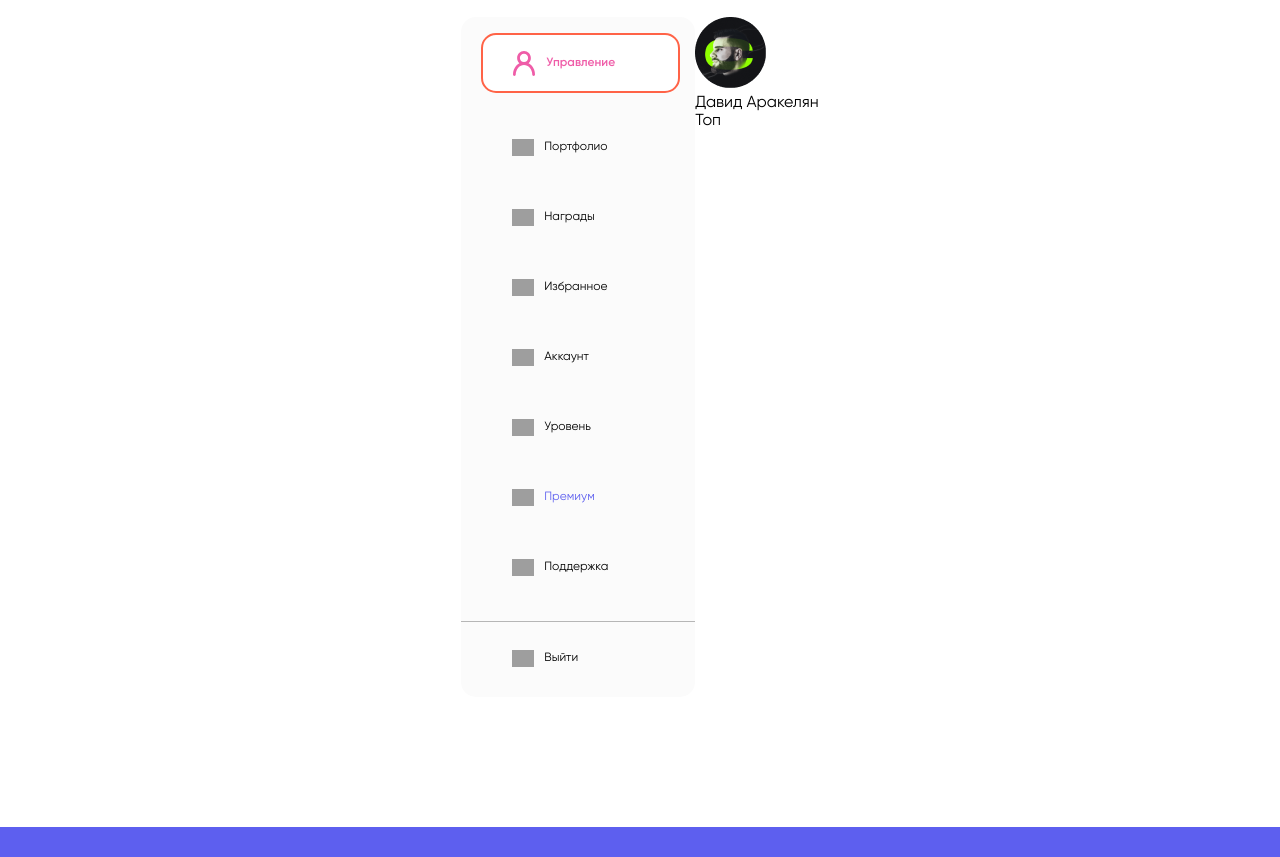
Repository: alexboagreek/selfmade
Page: index.html
These files come from the project's save history. The page is drawn as it stood at one moment and after a run of saves; the edit follows.
The browser window is 1280 px wide. The pictures show the part of the page from y = 353 to 1210 px (the page is 1719 px tall).
Pictures or frames that could not be fetched are drawn as grey boxes. A picture or video elsewhere on the page could not be fetched, so the positions and the page height are approximate.

Above is the page before, as saved 2022-12-13 12:12:10.

### index.html
<!DOCTYPE html>
<html lang="ru">
<head>
    <meta charset="UTF-8">
    <meta http-equiv="X-UA-Compatible" content="IE=edge">
    <meta name="viewport" content="width=device-width, initial-scale=1.0">
    <link rel="stylesheet" href="css/style.css">
    <link rel="icon" type="image/png" sizes="64x64" href="assets/icons/favicon.png">
    <link rel="icon" type="image/png" sizes="48x48" href="assets/icons/favicon_48.png">
    <title>Selfmade</title>
</head>
<body>
    <header class="header">
        <div class="header__container">
            <h1 class="visually-hidden">Selfmade...</h1>
            <div class="header__box">
                <div class="header__logo">
                    <a href="/"><img src="./assets/icons/header_logo.svg" alt="Логотип Selfmade"></a>
                </div>
                <div class="header__login">
                    <div class="header__alarm">
                        <img class="header__alarm_icon" src="assets/icons/bell.svg" alt="authorization bell">
                    </div>
                    <p class="user__name">Аракелян Д.</p>
                    <div class="user__login">
                        <img src="assets/icons/user_icon.svg" alt="user icon">
                    </div>
                </div>

            </div>

        </div>
    </header>

    <main class="main main__container">
        <div class="sidebar">
            <ul class="menu__list">
                <li class="menu__list_item menu__list_item_fix">
                    <button class="menu__list_button menu__button_control control__text">Управление</button>
                </li>
                <li class="menu__list_item list_item_fix">
                    <button class="menu__list_button menu__button_portfolio">Портфолио</button>
                </li>
                <li class="menu__list_item list_item_fix">
                    <button class="menu__list_button menu__button_star">Награды</button>
                </li>
                <li class="menu__list_item list_item_fix">
                    <button class="menu__list_button menu__button_like">Избранное</button>
                </li>
                <li class="menu__list_item list_item_fix">
                    <button class="menu__list_button menu__button_settings">Аккаунт</button>
                </li>
                <li class="menu__list_item list_item_fix">
                    <button class="menu__list_button menu__button_level">Уровень</button>
                </li>
                <li class="menu__list_item list_item_fix">
                    <button class="menu__list_button menu__button_premium menu__button_active">Премиум</button>
                </li>
                <li class="menu__list_item item__border list_item_fix">
                    <button class="menu__list_button menu__button_helper">Поддержка</button>
                </li>
                <li class="menu__list_item list_item_fix menu__line">
                    <button class="menu__list_button menu__button_exit">Выйти</button>
                </li>
            </ul>
        </div>
        <div class="content">
            <section class="interface">
                <div class="interface__box">
                    <img src="assets/img/interface.png" alt="Логотип интерфейса юзера | user interface logo" class="interface__img">
                    <p class="interface__text">Давид Аракелян</p>
                    <div class="interface__rating">Топ</div>
                </div>
            </section>
        </div>
    </main>

  <footer class="footer">
    <div class="footer__container">
        <div class="footer__box">
            <img src="./assets/icons/footer_logo.svg" alt="Логотип Selfmade">
            <div class="footer__social">
                <ul class="footer__social_list">
                    <li class="footer__social_list_item">
                        <svg width="15" height="14" viewbox="0 0 15 14" fill="none" xmlns="http://www.w3.org/2000/svg">
                            <path d="M0.911243 6.87875L4.18677 8.10128L5.45459 12.1786C5.53572 12.4397 5.85504 12.5363 6.067 12.363L7.89283 10.8745C8.08421 10.7186 8.35682 10.7108 8.55683 10.856L11.85 13.2469C12.0767 13.4117 12.3979 13.2875 12.4548 13.0135L14.8672 1.40935C14.9293 1.11007 14.6352 0.860402 14.3502 0.970619L0.907405 6.15646C0.575664 6.2844 0.578554 6.75408 0.911243 6.87875ZM5.25027 7.4505L11.6519 3.50775C11.7669 3.43709 11.8853 3.59266 11.7865 3.6843L6.50332 8.59526C6.31761 8.76813 6.19783 8.99946 6.1639 9.25055L5.98393 10.5842C5.9601 10.7623 5.70995 10.78 5.66081 10.6077L4.96866 8.17563C4.88939 7.89823 5.00491 7.60194 5.25027 7.4505Z" fill="#5D5FEF"/>
                        </svg>
                    </li>
                    <li class="footer__social_list_item">
                        <svg width="15" height="15" viewbox="0 0 15 15" fill="none" xmlns="http://www.w3.org/2000/svg">
                            <path fill-rule="evenodd" clip-rule="evenodd" d="M4.90509 0.6828C2.54568 0.6828 0.632996 2.59548 0.632996 4.9549V10.295C0.632996 12.6544 2.54568 14.5671 4.90509 14.5671H10.2452C12.6046 14.5671 14.5173 12.6544 14.5173 10.295V4.9549C14.5173 2.59548 12.6046 0.6828 10.2452 0.6828H4.90509ZM7.57515 3.88687C5.51067 3.88687 3.83707 5.56047 3.83707 7.62496C3.83707 9.68944 5.51067 11.363 7.57515 11.363C9.63964 11.363 11.3132 9.68944 11.3132 7.62496C11.3132 5.56047 9.63964 3.88687 7.57515 3.88687ZM11.5421 4.64975C12.0898 4.64975 12.5338 4.20573 12.5338 3.65801C12.5338 3.11029 12.0898 2.66627 11.5421 2.66627C10.9944 2.66627 10.5504 3.11029 10.5504 3.65801C10.5504 4.20573 10.9944 4.64975 11.5421 4.64975Z" fill="#5D5FEF"/>
                        </svg>
                    </li>
                    <li class="footer__social_list_item">
                        <svg width="16" height="9" viewbox="0 0 16 9" fill="none" xmlns="http://www.w3.org/2000/svg">
                            <path d="M12.9479 4.91454C12.7006 4.61918 12.7714 4.48778 12.9479 4.22376C12.9511 4.22075 14.9925 1.55289 15.2028 0.648132L15.2041 0.647529C15.3086 0.317814 15.2041 0.0755005 14.6987 0.0755005H13.0263C12.6006 0.0755005 12.4043 0.283456 12.2991 0.516125C12.2991 0.516125 11.4477 2.44378 10.2431 3.69332C9.85434 4.05438 9.67462 4.17012 9.46239 4.17012C9.35787 4.17012 9.19535 4.05438 9.19535 3.72467V0.647529C9.19535 0.252112 9.07617 0.0755005 8.72373 0.0755005H6.09412C5.82709 0.0755005 5.66839 0.259948 5.66839 0.431737C5.66839 0.80666 6.27066 0.892856 6.33312 1.9477V4.23642C6.33312 4.73792 6.23689 4.83015 6.02338 4.83015C5.45489 4.83015 4.07508 2.89465 3.25739 0.679476C3.09232 0.249701 2.93108 0.0761032 2.50216 0.0761032H0.829178C0.351821 0.0761032 0.255585 0.284059 0.255585 0.516728C0.255585 0.927817 0.824079 2.97181 2.89921 5.67222C4.28221 7.51549 6.22988 8.51428 8.00164 8.51428C9.06661 8.51428 9.19663 8.29246 9.19663 7.91091C9.19663 6.14961 9.10039 5.98325 9.63383 5.98325C9.88111 5.98325 10.3068 6.09898 11.3011 6.98806C12.4374 8.04231 12.6242 8.51428 13.2602 8.51428H14.9326C15.4093 8.51428 15.6508 8.29246 15.5119 7.85485C15.1939 6.93442 13.0448 5.04112 12.9479 4.91454V4.91454Z" fill="#5D5FEF"/>
                        </svg>
                    </li>
                    <li class="footer__social_list_item">
                        <svg width="7" height="14" viewbox="0 0 7 14" fill="none" xmlns="http://www.w3.org/2000/svg">
                            <path d="M5.1126 2.93661H6.8285V0.446777H4.81141V0.455757C2.36736 0.540786 1.86645 1.89031 1.8223 3.30771H1.81727V4.55101H0.153015V6.9893H1.81727V13.5253H4.3254V6.9893H6.37996L6.77685 4.55101H4.32622V3.79984C4.32622 3.32082 4.65072 2.93661 5.1126 2.93661Z" fill="#5D5FEF"/>
                        </svg>
                    </li>
                </ul>
            </div>
        </div>
        <div class="footer__services">
            <ul class="services__list">
                <li class="services__list_item">Как работает сервис?</li>
                <li class="services__list_item">Советы от SELFMADE</li>
                <li class="services__list_item">Пользовательское соглашение</li>
                <li class="services__list_item">Почему SELFMADE</li>
                <li class="services__list_item">Помощь и поддержка</li>
            </ul>
        </div>
    </div>
    <div class="footer__copyright">
        <ul class="footer__copyright_list">
            <li class="footer__copyright_list_item footer__copy_text">© SELFMADE.TEAM 2022</li>
            <li class="footer__copyright_list_item footer__copy_text-info">ИНН 431207720494 / ОГРНИП 320508100324371</li>
            <li class="footer__copyright_list_item">
                <a class="footer__copyright_link" href="#">Политика конфиденциальности</a>
            </li>
        </ul>
    </div>

  </footer>
</body>
</html>

### css/style.css
@import 'normalize.css';
@import 'fonts.css';
@import 'default.css';
@import 'header.css';
@import 'sidebar.css';
@import 'interface.css';
@import 'footer.css';

### css/fonts.css
@font-face {
    font-family: Gilroy;
    src: url(../assets/fonts/Gilroy-Regular.woff2) format('woff2'),
    url(../assets/fonts/Gilroy-Regular.woff) format('woff');
    font-weight: 400;
}

@font-face {
    font-family: Gilroy;
    src: url(../assets/fonts/Gilroy-Semibold.woff2) format('woff2'),
    url(../assets/fonts/Gilroy-Semibold.woff) format('woff');
    font-weight: 500;
}

@font-face {
    font-family: Gilroy;
    src: url(../assets/fonts/Gilroy-Bold.woff2) format('woff2'),
    url(../assets/fonts/Gilroy-Bold.woff) format('woff');
    font-weight: 600;
}

### css/default.css
:root {
    --color-control-text:#EF5DA8;
    --color-menu: #F0F0F0;
    --color-menu-active: #5D5FEF;
    --color-alarm: #EF5DA8;
    --color-main: #FBFBFB;
    --footer-color-main: #5D5FEF;
    --footer-color-copyright: #5556D3;
    --footer-social-color: #FFFFFF;
    --footer-copyright-link: #B6B6B6;
}

html {
  overflow-x: hidden;
  position: relative;
  box-sizing: border-box;
}

*,
*::before,
*::after {
  box-sizing: inherit;
}

body {
  display: flex;
  flex-direction: column;
  min-width: 320px;
  height: 100%;
  font-family: Gilroy, sans-serif;
  background-color: #FFFFFF;
  font-size: 16px;
  overflow-x: hidden;
  position: relative;
}

img,
svg {
  max-width: 100%;
  max-height: 100%;
  height: auto;
}

button {
  padding: 0;
  cursor: pointer;
  border: none;
  background-color: transparent;
}

a {
  text-decoration: none;
  color: inherit;
}

ul {
  list-style: none;
  padding: 0;
  margin: 0;
}

h1,
h2,
h3,
p,
figure,
fieldset {
  margin: 0;
}

iframe {
  border: none;
}

fieldset {
  padding: 0;
  border: 0;
}

.visually-hidden {
  position: fixed;
  transform: scale(0);
}

.container {
    max-width: 1400px;
    padding: 0 100px;
    margin: 0 auto;
}

### css/header.css
.header {
    padding-top: 28px;
    padding-bottom: 37px;
    flex: 0 0 auto;
    background-color: #FFFFFF;
}

.header__box {
    display: flex;
    justify-content: space-between;
    align-items: center;
}

.header__container {
    max-width: 1500px;
    margin: 0 auto;
    padding: 0 100px;
}

.header__alarm {
    position: relative;
    margin-right: 11px;
}

.header__alarm::after {
    position: absolute;
    top: 0;
    content: '';
    width: 5px;
    height: 5px;
    background-color: var(--color-alarm);
    border-radius: 50%;
}
.user__name {
    margin-right: 6px;
}

.header__login {
    display: flex;
    align-items: center;
}

.user__login {
    cursor: pointer;
}

.services__list_item {
    cursor: pointer;
}

### css/sidebar.css
.main {
    display: flex;
}

.main__container {
    max-width: 1200px;
    margin: 0 auto;
}

.sidebar {
    display: flex;
    justify-content: center;
    width: 234px;
    border-radius: 15px;
    background-color: var(--color-main);
    margin-bottom: 130px;
}

.menu__list_button {
    font-size: 12px;
    line-height: 16px;
    padding: 7px 8px 7px 40px;
    background-size: 22px;
    background-position: 8px center;
    background-repeat: no-repeat;
    border-radius: 50px;
    border: 1px solid transparent;
    white-space: nowrap;
    outline: none;
    margin-bottom: 38px;
}

.menu__list_item_fix {
    display: flex;
    padding-left: 20px;
    align-items: flex-start;
}

.menu__button_active {
    color: var(--color-menu-active);
}

.menu__button_control {
    width: 199px;
    margin-top: 16px;
    border-radius: 15px;
    border: 2px solid tomato;
    padding: 20px;
    background-color: #FFFFFF;
    background-image: url('../assets/icons/user__icon.svg');
    background-position: calc(30px);
}

.control__text {
    font-weight: 500;
    color: var(--color-control-text);
}

.menu__button_portfolio {
    background-image: url('../assets/icons/portfolio_icon.svg');
}
.menu__button_star {
    background-image: url('../assets/icons/star_icon.svg');
}

.menu__button_like {
    background-image: url('../assets/icons/like_icon.svg');
}
.menu__button_settings {
    background-image: url('../assets/icons/settings_icon.svg');
}
.menu__button_level {
    background-image: url('../assets/icons/level_icon.svg');
}
.menu__button_premium {
    background-image: url('../assets/icons/premium_icon.svg');
}

.menu__button_helper {
    background-image: url('../assets/icons/helper_icon.svg');
}

.menu__line {
    width: 234px;
    border-top: 1px solid var(--footer-copyright-link);
}
.menu__button_exit {
    background-image: url('../assets/icons/exit_icon.svg');
    margin-top: 20px;
    margin-bottom: 23px;
}

.list_item_fix {
    padding-left: 42px;
}

### css/footer.css
.footer {
    flex: 0 0 auto;
}

.footer__container {
    padding: 50px 140px 0px 140px;
    background-color: var(--footer-color-main);
}

.footer__box {
    display: flex;
    justify-content: space-between;
    background-color: var(--footer-color-main);
    margin-bottom: 50px;
}

.footer__social_list_item {
    display: flex;
    align-items: center;
    justify-content: center;
    width: 29px;
    height: 29px;
    background-color: var(--footer-social-color);
    border-radius: 50%;
    margin-right: 19px;
    cursor: pointer;
}

.footer__social_list_item:last-child {
    margin-right: 0;
}

.footer__social_list {
    display: flex;
}

.footer__services {
    padding-bottom: 41px;
}

.services__list {
    display: flex;
    justify-content: space-between;
}
.services__list_item {
    font-size: 16px;
    font-weight: 500;
    color: var(--footer-social-color);
}

.footer__copyright {
    padding: 30px 140px;
    border-top: 1px solid #FFFFFF;
    background-color: var(--footer-color-copyright);
}

.footer__copyright_list {
    display: flex;
    justify-content: space-between;
}

.footer__copy_text {
    font-weight: 500;
    line-height: 16px;
    color: var(--footer-social-color);
}

.footer__copy_text-info {
    font-weight: 400;
    color: var(--footer-social-color);
}
.footer__copyright_link {
    color: var(--footer-copyright-link);
}

Loaded but not shown: css/normalize.css (library); css/interface.css (no stored copy; drawn as an empty file)

After the next 2 saves:
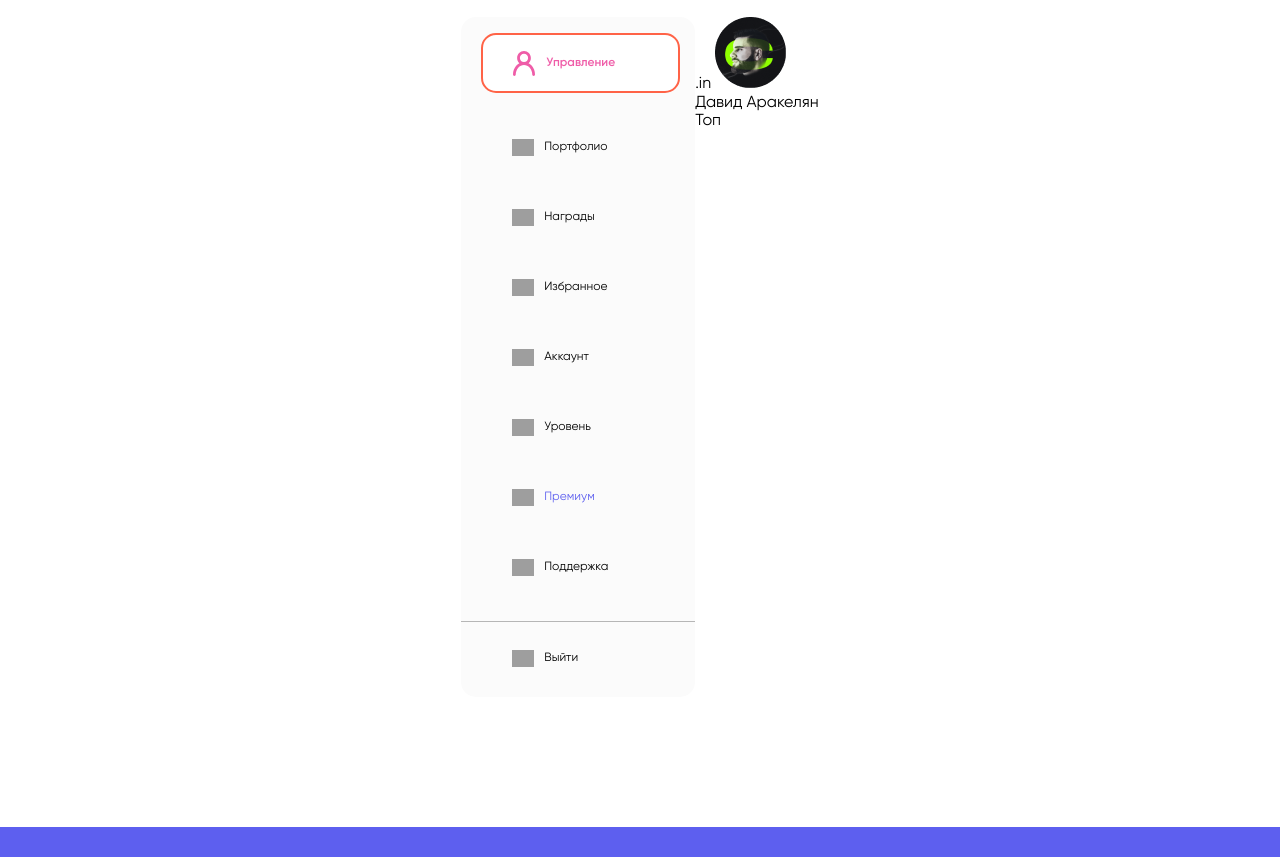
The 2 saves are shown as one change because they came seconds apart.
The last was saved 75 s later.
--- a/index.html
+++ b/index.html
@@ -67,6 +67,8 @@
         <div class="content">
             <section class="interface">
                 <div class="interface__box">
+
+                    .in
                     <img src="assets/img/interface.png" alt="Логотип интерфейса юзера | user interface logo" class="interface__img">
                     <p class="interface__text">Давид Аракелян</p>
                     <div class="interface__rating">Топ</div>
